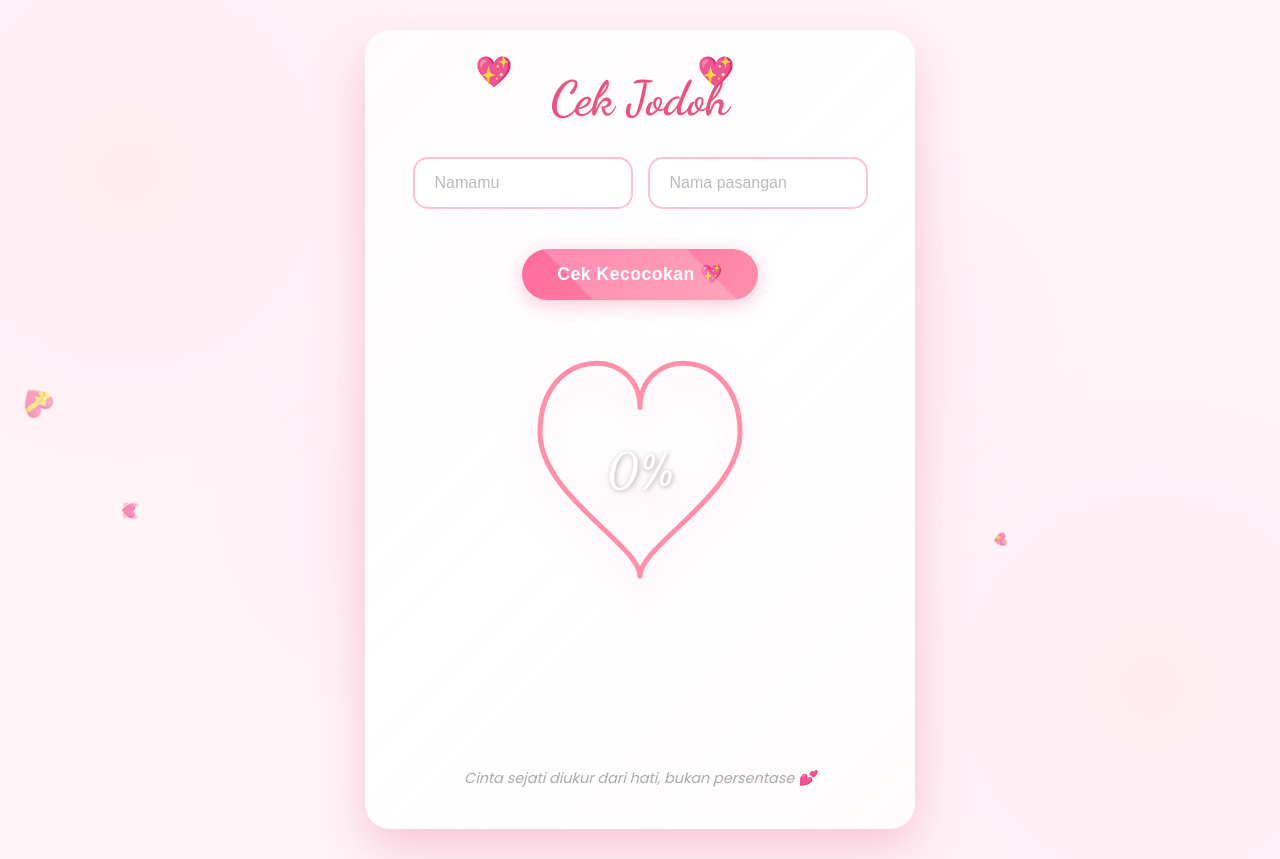
Repository: zhr-nabila/cek-jodoh
Page: cek.html
The author's editor kept a copy of each file at every save. The page is drawn from the files as they stood at one save, then again after the next save.
The browser window is 1280 px wide. The pictures show the whole page.

Above is the page before, as saved 2025-06-10 00:39:09.

### cek.html
<!DOCTYPE html>
<html lang="id">
  <head>
    <meta charset="UTF-8" />
    <meta name="viewport" content="width=device-width, initial-scale=1.0" />
    <title>Cek Kecocokan Pasangan</title>
    <link
      rel="stylesheet"
      href="https://cdnjs.cloudflare.com/ajax/libs/animate.css/4.1.1/animate.min.css"
    />
    <style>
      @import url("https://fonts.googleapis.com/css2?family=Dancing+Script:wght@700&family=Poppins:wght@300;400;500;600&display=swap");

      :root {
        --pink-dark: #e75480;
        --pink-medium: #ff6b9d;
        --pink-light: #ff8fab;
        --pink-soft: #ffc2d1;
        --pink-pale: #fff5f9;
        --shadow-pink: rgba(231, 84, 128, 0.3);
      }

      * {
        box-sizing: border-box;
        margin: 0;
        padding: 0;
      }

      /* Ini biar scrollbar enggak keliatan */
      ::-webkit-scrollbar {
        width: 0;
        background: transparent;
      }

      body {
        background-color: var(--pink-pale);
        font-family: "Poppins", sans-serif;
        text-align: center;
        padding: 30px 0;
        margin: 0;
        min-height: 100vh;
        display: flex;
        justify-content: center;
        align-items: center;
        background-image: radial-gradient(
            circle at 10% 20%,
            rgba(255, 182, 193, 0.15) 0%,
            transparent 25%
          ),
          radial-gradient(
            circle at 90% 80%,
            rgba(255, 182, 193, 0.15) 0%,
            transparent 25%
          ),
          radial-gradient(
            circle at 30% 60%,
            rgba(255, 182, 193, 0.1) 0%,
            transparent 20%
          ),
          radial-gradient(
            circle at 70% 40%,
            rgba(255, 182, 193, 0.1) 0%,
            transparent 20%
          );
        overflow-x: hidden;
        -ms-overflow-style: none; /* IE dan Edge */
        scrollbar-width: none; /* Firefox */
      }

      .container {
        background: white;
        border-radius: 25px;
        padding: 40px;
        box-shadow: 0 20px 50px var(--shadow-pink);
        width: 95%;
        max-width: 550px;
        position: relative;
        overflow: hidden;
        transition: transform 0.3s ease;
        z-index: 1;
      }

      .container::before {
        content: "";
        position: absolute;
        top: -10px;
        left: -10px;
        right: -10px;
        bottom: -10px;
        background: linear-gradient(
          135deg,
          rgba(255, 192, 203, 0.1) 0%,
          rgba(255, 255, 255, 0) 50%,
          rgba(255, 192, 203, 0.1) 100%
        );
        border-radius: 30px;
        z-index: -1;
        animation: shine 8s infinite;
      }

      @keyframes shine {
        0%,
        100% {
          opacity: 0.3;
        }
        50% {
          opacity: 0.8;
        }
      }

      h1 {
        color: var(--pink-dark);
        font-size: 3rem;
        margin-bottom: 30px;
        font-family: "Dancing Script", cursive;
        text-shadow: 2px 2px 4px rgba(0, 0, 0, 0.05);
        position: relative;
        animation: fadeInDown 1s ease;
      }

      h1::after,
      h1::before {
        content: "💖";
        position: absolute;
        font-size: 1.8rem;
        animation: heartbeat 1.5s infinite;
      }

      h1::after {
        top: -15px;
        right: 30%;
      }

      h1::before {
        top: -15px;
        left: 15%;
      }

      .input-group {
        display: flex;
        gap: 15px;
        margin-bottom: 25px;
        justify-content: center;
        animation: fadeIn 1s ease 0.2s both;
      }

      input {
        padding: 15px 20px;
        font-size: 1rem;
        border-radius: 15px;
        border: 2px solid var(--pink-soft);
        width: 100%;
        max-width: 220px;
        transition: all 0.3s;
        background-color: rgba(255, 255, 255, 0.9);
        color: #555;
        font-weight: 500;
      }

      input::placeholder {
        color: #bbb;
        font-weight: 400;
      }

      input:focus {
        outline: none;
        border-color: var(--pink-medium);
        box-shadow: 0 0 0 4px rgba(255, 107, 157, 0.2);
        transform: translateY(-2px);
      }

      button {
        padding: 15px 35px;
        background: linear-gradient(
          135deg,
          var(--pink-medium) 0%,
          var(--pink-light) 100%
        );
        border: none;
        border-radius: 50px;
        color: white;
        font-size: 1.1rem;
        font-weight: 600;
        cursor: pointer;
        transition: all 0.3s;
        box-shadow: 0 5px 20px var(--shadow-pink);
        margin: 15px 0 25px;
        position: relative;
        overflow: hidden;
        animation: fadeIn 1s ease 0.4s both;
        letter-spacing: 0.5px;
      }

      button:hover {
        transform: translateY(-5px);
        box-shadow: 0 10px 25px rgba(231, 84, 128, 0.5);
        background: linear-gradient(
          135deg,
          var(--pink-dark) 0%,
          var(--pink-medium) 100%
        );
      }

      button:active {
        transform: translateY(1px);
      }

      button::after {
        content: "";
        position: absolute;
        top: -50%;
        left: -50%;
        width: 200%;
        height: 200%;
        background: rgba(255, 255, 255, 0.2);
        transform: rotate(45deg);
        transition: all 0.7s;
      }

      button:hover::after {
        left: 100%;
      }

      .love-meter-container {
        perspective: 1000px;
        margin: 30px auto;
        animation: fadeIn 1s ease 0.6s both;
      }

      .love-meter {
        position: relative;
        width: 250px;
        height: 230px;
        margin: 0 auto;
        filter: drop-shadow(0 15px 20px rgba(231, 84, 128, 0.25));
        transform-style: preserve-3d;
        transition: transform 0.5s ease;
      }

      .love-meter:hover {
        transform: rotateY(10deg) rotateX(5deg);
      }

      .heart-svg {
        width: 100%;
        height: 100%;
      }

      .love-fill {
        fill: url(#gradientFill);
        transition: y 1.5s cubic-bezier(0.68, -0.55, 0.27, 1.55),
          height 1.5s cubic-bezier(0.68, -0.55, 0.27, 1.55);
      }

      .percentage {
        position: absolute;
        top: 50%;
        left: 50%;
        transform: translate(-50%, -50%);
        font-size: 3rem;
        font-weight: bold;
        color: white;
        text-shadow: 1px 1px 5px rgba(0, 0, 0, 0.3);
        font-family: "Dancing Script", cursive;
        transition: all 0.3s;
      }

      .message {
        font-size: 1.3rem;
        margin: 20px 0;
        color: var(--pink-dark);
        min-height: 60px;
        padding: 0 20px;
        line-height: 1.5;
        opacity: 0;
        transform: translateY(10px);
        transition: all 0.5s ease-out 0.5s;
        font-weight: 500;
      }

      .message.show {
        opacity: 1;
        transform: translateY(0);
      }

      .couple-names {
        display: flex;
        justify-content: center;
        align-items: center;
        gap: 15px;
        font-size: 1.5rem;
        color: var(--pink-dark);
        font-weight: 600;
        margin-bottom: 15px;
        opacity: 0;
        transform: scale(0.9);
        transition: all 0.5s ease-out 0.3s;
      }

      .couple-names.show {
        opacity: 1;
        transform: scale(1);
      }

      .heart-icon {
        color: var(--pink-medium);
        font-size: 1.8rem;
        animation: heartbeat 1.5s infinite;
        display: inline-block;
        transform-origin: center;
      }

      @keyframes heartbeat {
        0% {
          transform: scale(1);
        }
        25% {
          transform: scale(1.1);
        }
        50% {
          transform: scale(1);
        }
        75% {
          transform: scale(1.1);
        }
        100% {
          transform: scale(1);
        }
      }

      .floating-hearts {
        position: fixed;
        width: 100%;
        height: 100%;
        top: 0;
        left: 0;
        pointer-events: none;
        z-index: -1;
        overflow: hidden;
      }

      .floating-heart {
        position: absolute;
        font-size: 1rem;
        color: var(--pink-light);
        opacity: 0;
        animation: float-up 4s linear forwards;
        z-index: -1;
      }

      @keyframes float-up {
        0% {
          transform: translateY(100vh) rotate(0deg) scale(0.5);
          opacity: 0;
        }
        10% {
          opacity: 0.8;
        }
        100% {
          transform: translateY(-20vh) rotate(360deg) scale(1.2);
          opacity: 0;
        }
      }

      .sparkle {
        position: absolute;
        width: 5px;
        height: 5px;
        background-color: #fff;
        border-radius: 50%;
        pointer-events: none;
        opacity: 0;
        animation: sparkle 1s forwards;
      }

      @keyframes sparkle {
        0% {
          transform: scale(0);
          opacity: 0;
        }
        50% {
          opacity: 0.8;
        }
        100% {
          transform: scale(2);
          opacity: 0;
        }
      }

      .ripple {
        position: absolute;
        border-radius: 50%;
        background-color: rgba(255, 255, 255, 0.6);
        transform: scale(0);
        pointer-events: none;
        animation: ripple 1s ease-out;
      }

      @keyframes ripple {
        to {
          transform: scale(4);
          opacity: 0;
        }
      }

      .confetti {
        position: absolute;
        width: 10px;
        height: 10px;
        background-color: var(--pink-light);
        opacity: 0;
        animation: confetti-fall 3s linear forwards;
      }

      @keyframes confetti-fall {
        0% {
          transform: translateY(-100vh) rotate(0deg);
          opacity: 1;
        }
        100% {
          transform: translateY(100vh) rotate(360deg);
          opacity: 0;
        }
      }

      .footer-note {
        margin-top: 30px;
        font-size: 0.9rem;
        color: #aaa;
        font-style: italic;
        animation: fadeIn 1s ease 0.8s both;
      }

      @media (max-width: 600px) {
        .container {
          padding: 30px 20px;
          width: 95%;
        }

        h1 {
          font-size: 2.5rem;
        }

        h1::after,
        h1::before {
          font-size: 1.5rem;
        }

        .input-group {
          flex-direction: column;
          align-items: center;
          gap: 15px;
        }

        input {
          max-width: 100%;
          padding: 12px 15px;
        }

        .love-meter {
          width: 200px;
          height: 180px;
        }

        .percentage {
          font-size: 2.5rem;
        }

        button {
          padding: 12px 25px;
          font-size: 1rem;
        }

        .couple-names {
          font-size: 1.3rem;
        }

        .message {
          font-size: 1.1rem;
        }
      }

      /* Animations */
      @keyframes fadeIn {
        from {
          opacity: 0;
        }
        to {
          opacity: 1;
        }
      }

      @keyframes fadeInDown {
        from {
          opacity: 0;
          transform: translateY(-20px);
        }
        to {
          opacity: 1;
          transform: translateY(0);
        }
      }

      @keyframes bounceIn {
        from {
          opacity: 0;
          transform: scale(0.5);
        }
        to {
          opacity: 1;
          transform: scale(1);
        }
      }
    </style>
  </head>
  <body>
    <div class="container">
      <h1 class="animate__animated animate__fadeInDown">Cek Jodoh</h1>

      <div class="input-group">
        <input
          type="text"
          id="name1"
          placeholder="Namamu"
          class="animate__animated animate__fadeIn"
        />
        <input
          type="text"
          id="name2"
          placeholder="Nama pasangan"
          class="animate__animated animate__fadeIn"
        />
      </div>

      <button onclick="hitung()" class="animate__animated animate__fadeIn">
        Cek Kecocokan 💖
      </button>

      <div class="love-meter-container">
        <div class="love-meter">
          <svg viewBox="0 0 200 180" class="heart-svg">
            <defs>
              <clipPath id="heartClip">
                <path
                  d="M100 40
                   C100 -10, 180 -10, 180 60
                   C180 110, 100 150, 100 175
                   C100 150, 20 110, 20 60
                   C20 -10, 100 -10, 100 40Z"
                />
              </clipPath>
              <linearGradient id="gradientFill" x1="0" y1="1" x2="0" y2="0">
                <stop offset="0%" stop-color="#e75480" />
                <stop offset="50%" stop-color="#ff6b9d" />
                <stop offset="100%" stop-color="#ff8fab" />
              </linearGradient>
            </defs>
            <rect
              class="love-fill"
              x="0"
              y="180"
              width="200"
              height="0"
              clip-path="url(#heartClip)"
            />
            <path
              d="M100 40
               C100 -10, 180 -10, 180 60
               C180 110, 100 150, 100 175
               C100 150, 20 110, 20 60
               C20 -10, 100 -10, 100 40Z"
              fill="none"
              stroke="#ff8fab"
              stroke-width="4"
              stroke-linejoin="round"
            />
          </svg>
          <div class="percentage">0%</div>
        </div>
      </div>

      <div class="couple-names" id="couple-names">
        <span id="name1-output">Kamu</span>
        <span class="heart-icon">❤️</span>
        <span id="name2-output">Dia</span>
      </div>

      <div class="message" id="message"></div>

      <div class="footer-note">
        Cinta sejati diukur dari hati, bukan persentase 💕
      </div>
    </div>

    <div class="floating-hearts" id="floating-hearts"></div>

    <script>
      function hitungKecocokan(nama1, nama2) {
        let skor = 0;
        const gabungan = (nama1 + nama2).toLowerCase();

        // Hitung berdasarkan huruf
        for (let char of gabungan) {
          skor += char.charCodeAt(0);
        }

        // Tambah random biar seru
        const random = Math.floor(Math.random() * 11); // 0-10

        // Skor dasar antara 40-100 ditambah random
        return Math.min(40 + (skor % 61) + random, 100);
      }

      function dapatkanPesan(skor) {
        if (skor >= 95)
          return "Jodoh sejati! Kalian ditakdirkan bersama ✨💫";
        if (skor >= 90) return "Cinta abadi! Hubungan kalian kuat banget 💖";
        if (skor >= 80) return "Pasangan serasi! Kalian memang berjodoh 😍";
        if (skor >= 70) return "Chemistry-nya wow! Kalian saling melengkapi 🌟";
        if (skor >= 60) return "Potensi bagus! Rawat terus hubungan ini ❤️";
        if (skor >= 50) return "Koneksi oke! Bisa berkembang kalau dijaga 🌱";
        if (skor >= 40) return "Teman dulu aja! Siapa tahu nanti jadian 😊";
        return "Unik banget! Setiap kisah cinta itu spesial 💞";
      }

      function buatHati(jumlah = 5) {
        const container = document.getElementById("floating-hearts");
        const simbolHati = ["❤️", "💖", "💗", "💓", "💘", "💝"];

        for (let i = 0; i < jumlah; i++) {
          const hati = document.createElement("div");
          hati.classList.add("floating-heart");
          hati.innerHTML =
            simbolHati[Math.floor(Math.random() * simbolHati.length)];
          hati.style.left = Math.random() * 100 + "vw";
          hati.style.animationDuration = Math.random() * 3 + 3 + "s";
          hati.style.fontSize = Math.random() * 20 + 15 + "px";
          hati.style.animationDelay = Math.random() * 2 + "s";
          container.appendChild(hati);

          setTimeout(() => {
            hati.remove();
          }, 5000);
        }
      }

      function buatKilatan(x, y) {
        for (let i = 0; i < 10; i++) {
          const kilat = document.createElement("div");
          kilat.classList.add("sparkle");
          kilat.style.left = x + "px";
          kilat.style.top = y + "px";
          kilat.style.animationDelay = i * 0.1 + "s";
          document.body.appendChild(kilat);

          setTimeout(() => {
            kilat.remove();
          }, 1000);
        }
      }

      function buatRipple(x, y) {
        const ripple = document.createElement("div");
        ripple.classList.add("ripple");
        ripple.style.left = x + "px";
        ripple.style.top = y + "px";
        document.body.appendChild(ripple);

        setTimeout(() => {
          ripple.remove();
        }, 1000);
      }

      function buatKonfeti() {
        const warna = ["#ff6b9d", "#ff8fab", "#ffc2d1", "#e75480", "#ffb6c1"];
        const container = document.getElementById("floating-hearts");

        for (let i = 0; i < 50; i++) {
          const konfeti = document.createElement("div");
          konfeti.classList.add("confetti");
          konfeti.style.left = Math.random() * 100 + "vw";
          konfeti.style.backgroundColor =
            warna[Math.floor(Math.random() * warna.length)];
          konfeti.style.width = Math.random() * 10 + 5 + "px";
          konfeti.style.height = Math.random() * 10 + 5 + "px";
          konfeti.style.animationDuration = Math.random() * 2 + 2 + "s";
          container.appendChild(konfeti);

          setTimeout(() => {
            konfeti.remove();
          }, 3000);
        }
      }

      function animasiDetakHati() {
        const iconHati = document.querySelector(".heart-icon");
        iconHati.style.animation = "none";
        void iconHati.offsetWidth; // Trigger reflow
        iconHati.style.animation = "heartbeat 0.6s ease 3";
      }

      function hitung() {
        const nama1 = document.getElementById("name1").value.trim();
        const nama2 = document.getElementById("name2").value.trim();
        const isiHati = document.querySelector(".love-fill");
        const persentase = document.querySelector(".percentage");
        const pesan = document.getElementById("message");
        const nama1Output = document.getElementById("name1-output");
        const nama2Output = document.getElementById("name2-output");
        const pasangan = document.getElementById("couple-names");
        const container = document.querySelector(".container");

        if (!nama1 || !nama2) {
          alert("Isi dulu nama kalian berdua dong!");
          return;
        }

        // Animasi klik
        container.classList.add("animate__animated", "animate__pulse");
        setTimeout(() => {
          container.classList.remove("animate__animated", "animate__pulse");
        }, 1000);

        // Update nama
        nama1Output.textContent = nama1 || "Kamu";
        nama2Output.textContent = nama2 || "Dia";

        // Reset tampilan
        isiHati.setAttribute("y", 180);
        isiHati.setAttribute("height", 0);
        persentase.textContent = "0%";
        pesan.textContent = "";
        pesan.classList.remove("show");
        pasangan.classList.remove("show");

        // Hitung
        const persen = hitungKecocokan(nama1, nama2);
        const tinggiMaks = 180;
        const tinggiIsi = (persen / 100) * tinggiMaks;

        // Animasi setelah jeda
        setTimeout(() => {
          isiHati.setAttribute("y", tinggiMaks - tinggiIsi);
          isiHati.setAttribute("height", tinggiIsi);

          let sekarang = 0;
          const timer = setInterval(() => {
            sekarang++;
            persentase.textContent = sekarang + "%";

            // Animasi detak jantung di persentase tertentu
            if (sekarang === 50 || sekarang === 75 || sekarang === persen) {
              animasiDetakHati();
            }

            if (sekarang >= persen) {
              clearInterval(timer);
              pesan.textContent = dapatkanPesan(persen);
              pesan.classList.add("show");
              pasangan.classList.add("show");

              // Efek keren berdasarkan skor
              if (persen >= 80) {
                buatKonfeti();
                for (let i = 0; i < 20; i++) {
                  setTimeout(() => {
                    buatHati(5);
                  }, i * 100);
                }
              } else if (persen >= 60) {
                for (let i = 0; i < 15; i++) {
                  setTimeout(() => {
                    buatHati(3);
                  }, i * 150);
                }
              } else {
                for (let i = 0; i < 10; i++) {
                  setTimeout(() => {
                    buatHati(2);
                  }, i * 200);
                }
              }
            }
          }, 20);
        }, 100);
      }

      // Efek kilat saat input diklik
      document.querySelectorAll("input").forEach((input) => {
        input.addEventListener("focus", (e) => {
          const rect = e.target.getBoundingClientRect();
          buatKilatan(
            rect.left + rect.width / 2,
            rect.top + rect.height / 2
          );
        });
      });

      // Efek ripple saat tombol diklik
      document.querySelector("button").addEventListener("click", (e) => {
        const rect = e.target.getBoundingClientRect();
        buatRipple(rect.left + rect.width / 2, rect.top + rect.height / 2);
      });

      // Bisa pake Enter juga
      document.addEventListener("keypress", function (e) {
        if (e.key === "Enter") {
          hitung();
        }
      });

      // Hati-harti awal
      for (let i = 0; i < 8; i++) {
        setTimeout(() => {
          buatHati(1);
        }, i * 800);
      }
    </script>
  </body>
</html>

After the next save:
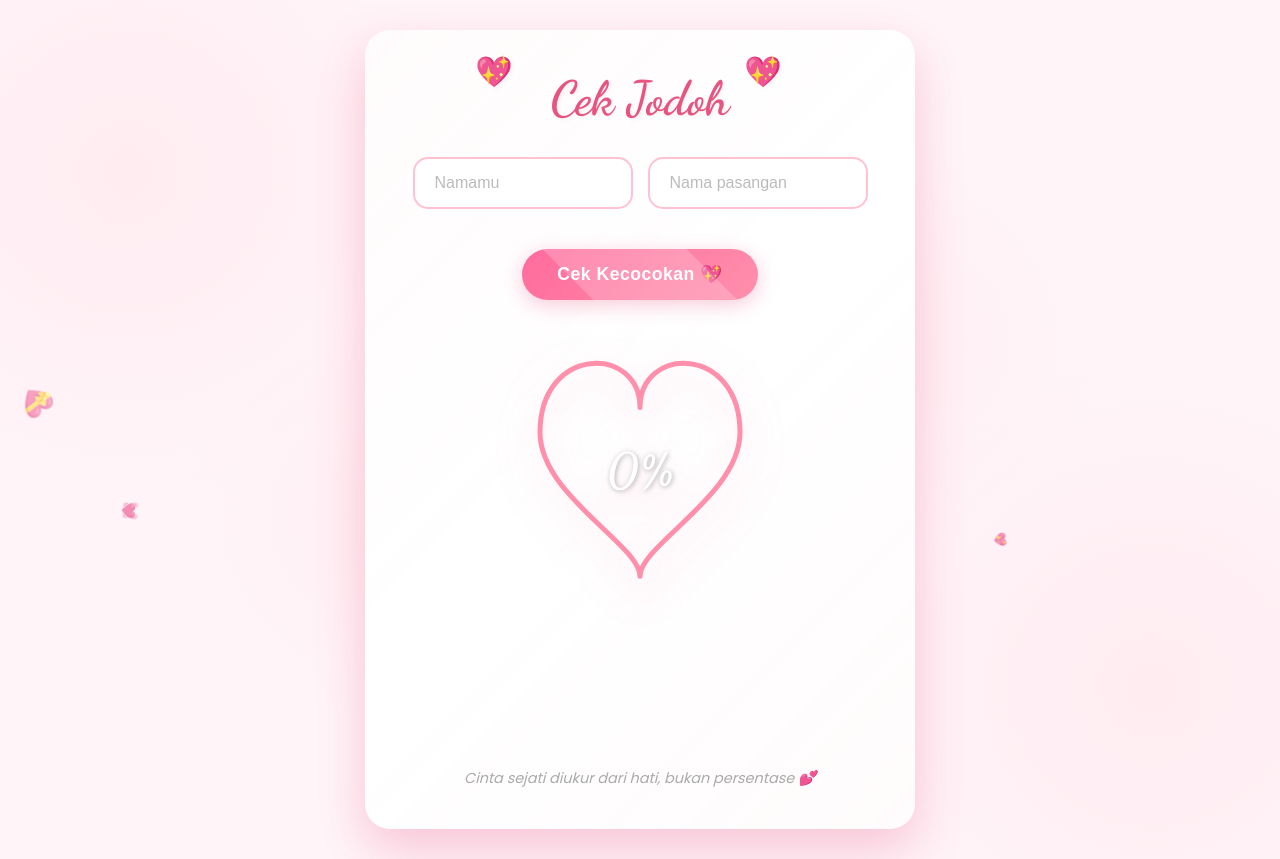
Saved 5 s later.
--- a/cek.html
+++ b/cek.html
@@ -128,7 +128,7 @@
 
       h1::after {
         top: -15px;
-        right: 30%;
+        right: 20%;
       }
 
       h1::before {
